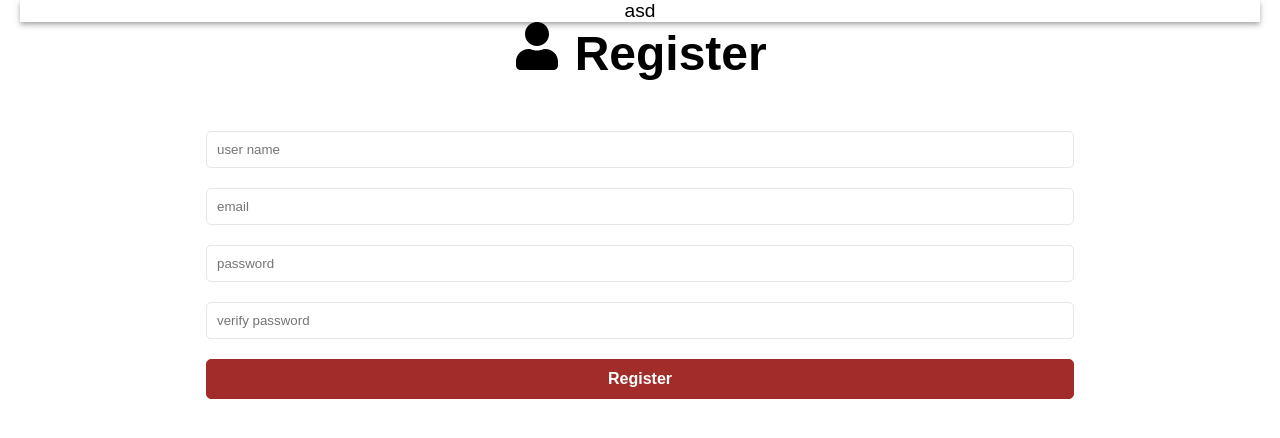
Repository: halilhaninan/MERNSTACK-Note-App
Page: /register (app in frontend/)
The author's editor kept a copy of each file at every save. The page is drawn from the files as they stood at one save, then again after the next save.
The browser window is 1280 px wide. The pictures show the whole page.
The project was rebuilt for these pictures with package versions that can differ from the ones it lists, and the page was loaded fresh each time. Also part of the build but not shown: frontend/src/Components/NotForm.jsx, frontend/src/Components/Spinner.jsx, frontend/src/Components/Not.jsx, frontend/src/pages/Dashboard.jsx, frontend/src/pages/Login.jsx, frontend/src/features/counter/counterSlice.js, frontend/src/features/counter/counter.js, frontend/src/App.css.

Above is the page before, as saved 2022-09-03 10:58:11.

After the next save:
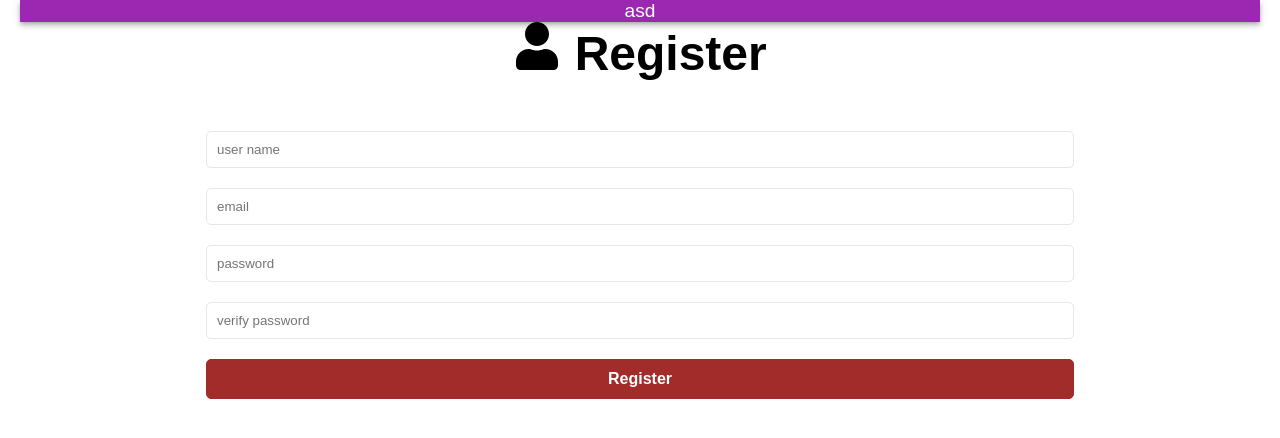
Saved 8 s later.
--- a/frontend/src/Components/Header.jsx
+++ b/frontend/src/Components/Header.jsx
@@ -20,7 +20,7 @@ function Header() {
   };
 
   return (
-    <AppBar position="static" color="inherit">
+    <AppBar position="static" color="secondary">
       asd
     </AppBar>
   );
